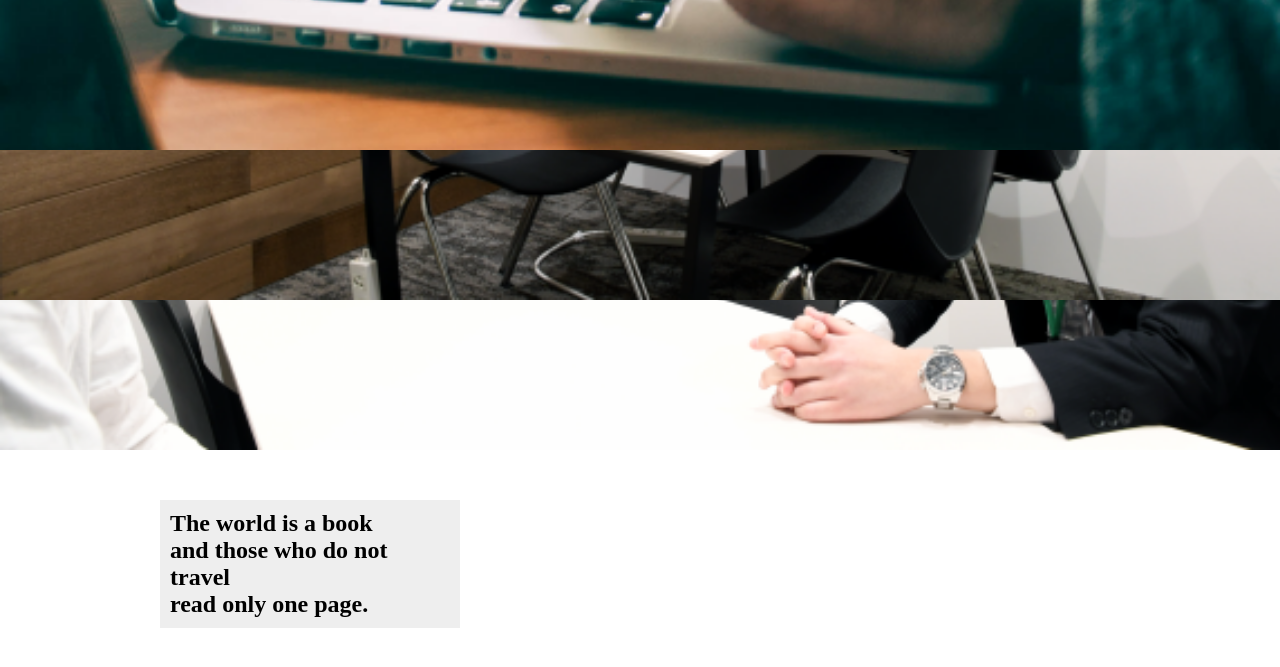
Repository: Tyubyasa/abc
Page: chapter9-2/chapter9-2.html
The author's editor kept a record of every edit. The page is drawn from the files as they stood at one moment, then again after the next edit.
The browser window is 1280 px wide. The pictures show the whole page.

Above is the page before.

After the next edit:
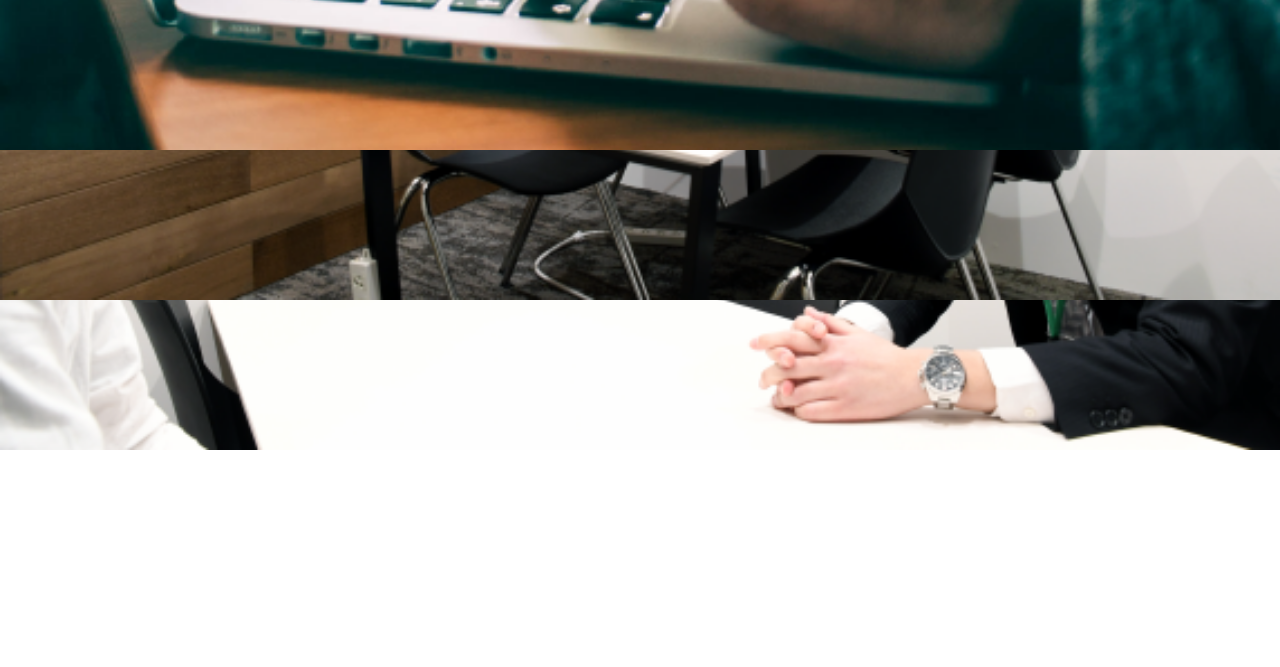
The edit:
--- a/chapter9-2/chapter9-2.html
+++ b/chapter9-2/chapter9-2.html
@@ -7,6 +7,12 @@
     <title>chapter9-2</title>
  </head>
 
+   <body>
+    <!-- header用のdiv -->
+    <div class="header">
+      <div class="main"></div>
+    </div>
+  </body>
 
 
  <body>
@@ -15,17 +21,4 @@
 <div class="step-img3"></div>
 </body>
 
-<main>
-<section class="header">
- <h1 class="main">
-  <div class="step-box">
-          The world is a book<br />
-          and those who do not travel<br />
-          read only one page.
-        </p>
-      </div>
-    </div>
-      </section>
- </main>
-
 </html>
